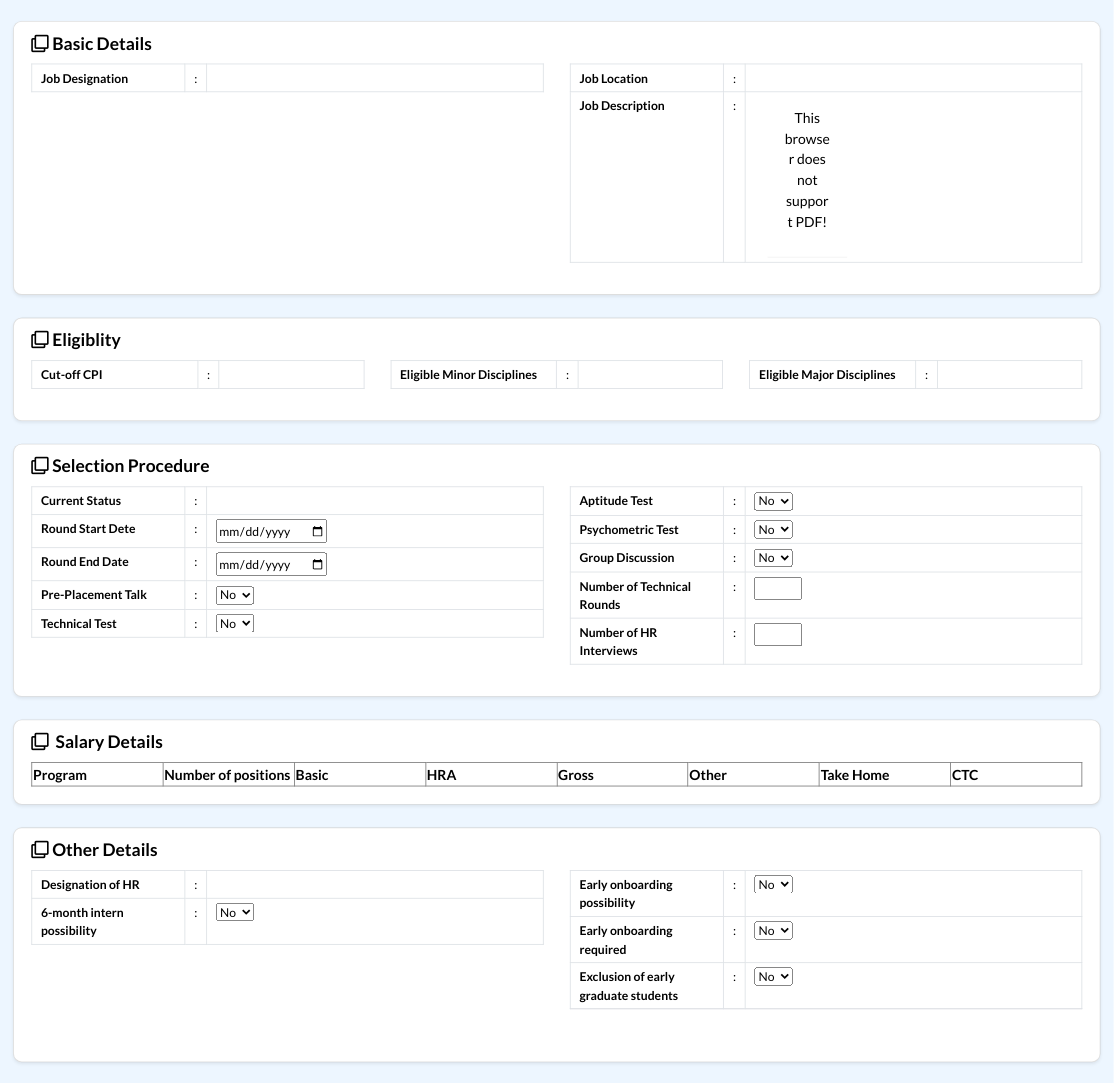
Repository: AditiDey29/Placement_Management_System
Page: templates/dashboard/one_job_detail_1.html
An editor plug-in stored every save of this project. The page is shown before and after a run of saves, followed by the edit.
The browser window is 1280 px wide. The pictures show the whole page, at 87% of full size.
Some web libraries are served in a nearby version. The template is drawn by Flask 3. The application's start-up code is not run. Other server files are loaded and not shown. The template is opened directly, without the code that normally fills it, so the values that code supplies are empty.

Above is the page before, as saved 2023-04-15 17:47:11.

### templates/dashboard/one_job_detail_1.html
<!DOCTYPE html>
<html lang="en">

<head>
  <meta charset="UTF-8">
  <meta name="viewport" content="width=device-width, initial-scale=1.0">
  <meta http-equiv="X-UA-Compatible" content="ie=edge">
  <!-- Google Fonts -->
  <link href="https://fonts.googleapis.com/css?family=Lato:300,400,700,900&display=swap" rel="stylesheet">
  <!-- Bootstrap CSS -->
  <link rel='stylesheet' href='https://cdnjs.cloudflare.com/ajax/libs/twitter-bootstrap/4.1.3/css/bootstrap.min.css'>
  <!-- Font Awesome CSS -->
  <link rel='stylesheet' href='https://cdnjs.cloudflare.com/ajax/libs/font-awesome/5.12.1/css/all.min.css'>
  <title>Job Details</title>

  <style>
    body {
      background: #EDF6FF;
      /* fallback for old browsers */
      background: -webkit-linear-gradient(to right, #EDF6FF, #EDF6FF);
      /* Chrome 10-25, Safari 5.1-6 */
      background: linear-gradient(to right, #EDF6FF, #EDF6FF);
      /* W3C, IE 10+/ Edge, Firefox 16+, Chrome 26+, Opera 12+, Safari 7+ */
      padding: 0;
      margin: 0;
      font-family: 'Lato', sans-serif;
      color: #000;

    }

    .student-profile .card {
      border-radius: 10px;
    }

    .student-profile .card .card-header .profile_img {
      width: 150px;
      height: 150px;
      object-fit: cover;
      margin: 10px auto;
      border: 10px solid #ccc;
      border-radius: 50%;
    }

    .student-profile .card h3 {
      font-size: 20px;
      font-weight: 700;
    }

    .student-profile .card p {
      font-size: 16px;
      color: #000;
    }

    .student-profile .table th,
    .student-profile .table td {
      font-size: 14px;
      padding: 5px 10px;
      color: #000;
    }
  </style>
</head>

<body>
  <!-- START HERE -->

  <div class="student-profile py-4">
    <div class="container-fluid">
      <div class="row">

        <div class="col-lg-12">
          <div class="card shadow-sm">
            <div class="card-header bg-transparent border-0">
              <h3 class="mb-0"><i class="far fa-clone pr-1"></i>Basic Details</h3>
            </div>
            <div class="card-body person_details pt-0">
              <div class="row">
                <div class="col-lg-6">
                  <table class="table table-bordered">
                    <tr>
                      <th width="30%">Job Designation</th>
                      <td width="2%">:</td>
                      <td class="text-muted mb-0">{{job[1]}}</td>
                    </tr>


                  </table>
                </div>
                <div class="col-lg-6">
                  <table class="table table-bordered">
                    <tr>
                      <th width="30%">Job Location</th>
                      <td width="2%">:</td>
                      <td class="text-muted mb-0">{{job[3]}}</td>
                    </tr>
                    <tr>
                      <th width="30%">Job Description</th>
                      <td width="2%">:</td>
                      <td class="text-muted mb-0">
                        <div class="col-lg-4">
                          <!-- <div class="card shadow-sm"> -->
                              <div class="card-header bg-transparent text-center">
                                  <object
                                  data='data:application/pdf;base64, {{jd}}'
                                  type="application/pdf"
                                  width="400"
                                  height="400"
                                >


                                  <p>This browser does not support PDF!</p>
                                  </iframe>
                                </object>
                              </div>
                          <!-- </div> -->
                        </div>
                      </td>
                    </tr>

                  </table>
                </div>
              </div>
            </div>
          </div>

          <div style="height: 26px"></div>
          <div class="card shadow-sm">
            <div class="card-header bg-transparent border-0">
              <h3 class="mb-0"><i class="far fa-clone pr-1"></i>Eligiblity</h3>
            </div>
            <div class="card-body ed_details pt-0">
              <div class="row">
                <div class="col-lg-4">
                  <table class="table table-bordered">
                    <tr>
                      <th width="50%">Cut-off CPI</th>
                      <td width="2%">:</td>
                      <td class="text-muted mb-0">{{job[4]}}</td>
                    </tr>
                  </table>
                </div>
                <div class="col-lg-4">
                  <table class="table table-bordered">
                    <tr>
                      <th width="50%">Eligible Minor Disciplines</th>
                      <td width="2%">:</td>
                      <td class="text-muted mb-0">{{job[15]}}</td>
                    </tr>
                  </table>
                </div>
                <div class="col-lg-4">
                  <table class="table table-bordered">
                    <tr>
                      <th width="50%">Eligible Major Disciplines</th>
                      <td width="2%">:</td>
                      <td class="text-muted mb-0">{{job[17]}}</td>
                    </tr>
                  </table>
                </div>
              </div>
            </div>
          </div>

          <div style="height: 26px"></div>
          <div class="card shadow-sm">
            <div class="card-header bg-transparent border-0">
              <h3 class="mb-0"><i class="far fa-clone pr-1"></i>Selection Procedure</h3>
            </div>
            <div class="card-body person_details pt-0">
              <div class="row">
                <div class="col-lg-6">
                  <table class="table table-bordered">
                    <tr>
                      <th width="30%">Current Status</th>
                      <td width="2%">:</td>
                      <td class="text-muted mb-0">{{job[1]}}</td>
                    </tr>
                    <tr>
                      <th width="30%">Round Start Dete</th>
                      <td width="2%">:</td>
                      <td class="text-muted mb-0"><input type="date" id="intern-date" name="intern-date">
                      </td>
                    </tr>
                    <tr>
                      <th width="30%">Round End Date</th>
                      <td width="2%">:</td>
                      <td class="text-muted mb-0"><input type="date" id="intern-date" name="intern-date">
                      </td>
                    </tr>
                    <tr>
                      <th width="30%">Pre-Placement Talk</th>
                      <td width="2%">:</td>
                      <td class="text-muted mb-0"><select name="internship_possibility">
                        <option value="yes">Yes</option>
                        <option value="no" selected>No</option>
                      </select>
                    </td>
                    </tr>
                    <tr>
                      <th width="30%">Technical Test</th>
                      <td width="2%">:</td>
                      <td class="text-muted mb-0"><select name="internship_possibility">
                        <option value="yes">Yes</option>
                        <option value="no" selected>No</option>
                      </select>
                    </td>
                    </tr>
                  </table>

                </div>
                <div class="col-lg-6">
                  <table class="table table-bordered">
                    <tr>
                      <th width="30%">Aptitude Test</th>
                      <td width="2%">:</td>
                      <td class="text-muted mb-0"><select name="internship_possibility">
                        <option value="yes">Yes</option>
                        <option value="no" selected>No</option>
                      </select>
                    </td>
                    </tr>
                    <tr>
                      <th width="30%">Psychometric Test</th>
                      <td width="2%">:</td>
                      <td class="text-muted mb-0"><select name="internship_possibility">
                        <option value="yes">Yes</option>
                        <option value="no" selected>No</option>
                      </select>
                    </td>
                    </tr>
                    <tr>
                      <th width="30%">Group Discussion</th>
                      <td width="2%">:</td>
                      <td class="text-muted mb-0"><select name="internship_possibility">
                        <option value="yes">Yes</option>
                        <option value="no" selected>No</option>
                      </select>
                    </td>
                    </tr>
                    <tr>
                      <th width="30%">Number of Technical Rounds</th>
                      <td width="2%">:</td>
                      <td class="text-muted mb-0"><input type="number" name="Number" min="0" max="100" step="1" value="Number"></td>
                    </tr>
                    <tr>
                      <th width="30%">Number of HR Interviews</th>
                      <td width="2%">:</td>
                      <td class="text-muted mb-0"><input type="number" name="Number" min="0" max="100" step="1" value="Number"></td>
                    </tr>
                  </table>
                </div>
              </div>
            </div>
          </div>


          <div style="height: 26px"></div>
          <div class="card shadow-sm">
            <div class="card-header bg-transparent border-0">
              <h3 class="mb-0"><i class="far fa-clone pr-1"></i> Salary Details</h3>
            </div>
            <div class="card-body ed_details pt-0">
              <div class="row">
                <div class="col-lg-12">
                  <table border="1" width="100%" style="table-layout: fixed;">
                    <tr>
                      <th>Program</th>
                      <th>Number of positions</th>
                      <th>Basic</th>
                      <th>HRA</th>
                      <th>Gross</th>
                      <th>Other</th>
                      <th>Take Home</th>
                      <th>CTC</th>

                    </tr>
                    {% for detail in details %}
                    <tr>
                      <td>{{detail[8]}}</td>
                      <td>{{detail[1]}}</td>
                      <td>{{detail[2]}}</td>
                      <td>{{detail[3]}}</td>
                      <td>{{detail[4]}}</td>
                      <td>{{detail[5]}}</td>
                      <td>{{detail[6]}}</td>
                      <td>{{detail[7]}}</td>
                    </tr>
                    {% endfor %}
                  </table>
                </div>
              </div>
            </div>
          </div>
        </div>
      </div>

      <div style="height: 26px"></div>
      <div class="card shadow-sm">
        <div class="card-header bg-transparent border-0">
          <h3 class="mb-0"><i class="far fa-clone pr-1"></i>Other Details</h3>
        </div>
        <div class="card-body person_details pt-0">
          <div class="row">
            <div class="col-lg-6">
              <table class="table table-bordered">
                <tr>
                  <th width="30%">Designation of HR</HR>
                  </th>
                  <td width="2%">:</td>
                  <td class="text-muted mb-0">{{job[1]}}</td>
                </tr>

                <tr>
                  <th width="30%">6-month intern possibility</th>
                  <td width="2%">:</td>
                  <td class="text-muted mb-0"><select name="internship_possibility">
                    <option value="yes">Yes</option>
                    <option value="no" selected>No</option>
                  </select>
                </td>
                </tr>

              </table>
            </div>
            <div class="col-lg-6">
              <table class="table table-bordered">
                <tr>
                  <th width="30%">Early onboarding possibility</th>
                  <td width="2%">:</td>
                  <td class="text-muted mb-0"><select name="internship_possibility">
                    <option value="yes">Yes</option>
                    <option value="no" selected>No</option>
                  </select>
                </td>
                </tr>
                <tr>
                  <th width="30%">Early onboarding required</th>
                  <td width="2%">:</td>
                  <td class="text-muted mb-0"><select name="internship_possibility">
                    <option value="yes">Yes</option>
                    <option value="no" selected>No</option>
                  </select>
                </td>
                </tr>
                <tr>
                  <th width="30%">Exclusion of early graduate students</th>
                  <td width="2%">:</td>
                  <td class="text-muted mb-0"><select name="internship_possibility">
                    <option value="yes">Yes</option>
                    <option value="no" selected>No</option>
                  </select>
                </td>
                </tr>
                <tr>
              </table>

              <br>
              {%if (apply)%}
              <form method="POST">
                  <button class="btn btn-lg" type="submit">Apply</button>
              </form>
              {% endif %}
            </div>
          </div>
        </div>
      </div>


    </div>
  </div>





  <script src="http://code.jquery.com/jquery-3.3.1.min.js"
    integrity="sha256-FgpCb/KJQlLNfOu91ta32o/NMZxltwRo8QtmkMRdAu8=" crossorigin="anonymous"></script>
  <script src="https://cdnjs.cloudflare.com/ajax/libs/popper.js/1.14.3/umd/popper.min.js"
    integrity="sha384-ZMP7rVo3mIykV+2+9J3UJ46jBk0WLaUAdn689aCwoqbBJiSnjAK/l8WvCWPIPm49"
    crossorigin="anonymous"></script>
  <script src="https://stackpath.bootstrapcdn.com/bootstrap/4.1.1/js/bootstrap.min.js"
    integrity="sha384-smHYKdLADwkXOn1EmN1qk/HfnUcbVRZyYmZ4qpPea6sjB/pTJ0euyQp0Mk8ck+5T"
    crossorigin="anonymous"></script>
</body>

</html>

After the next 2 saves:
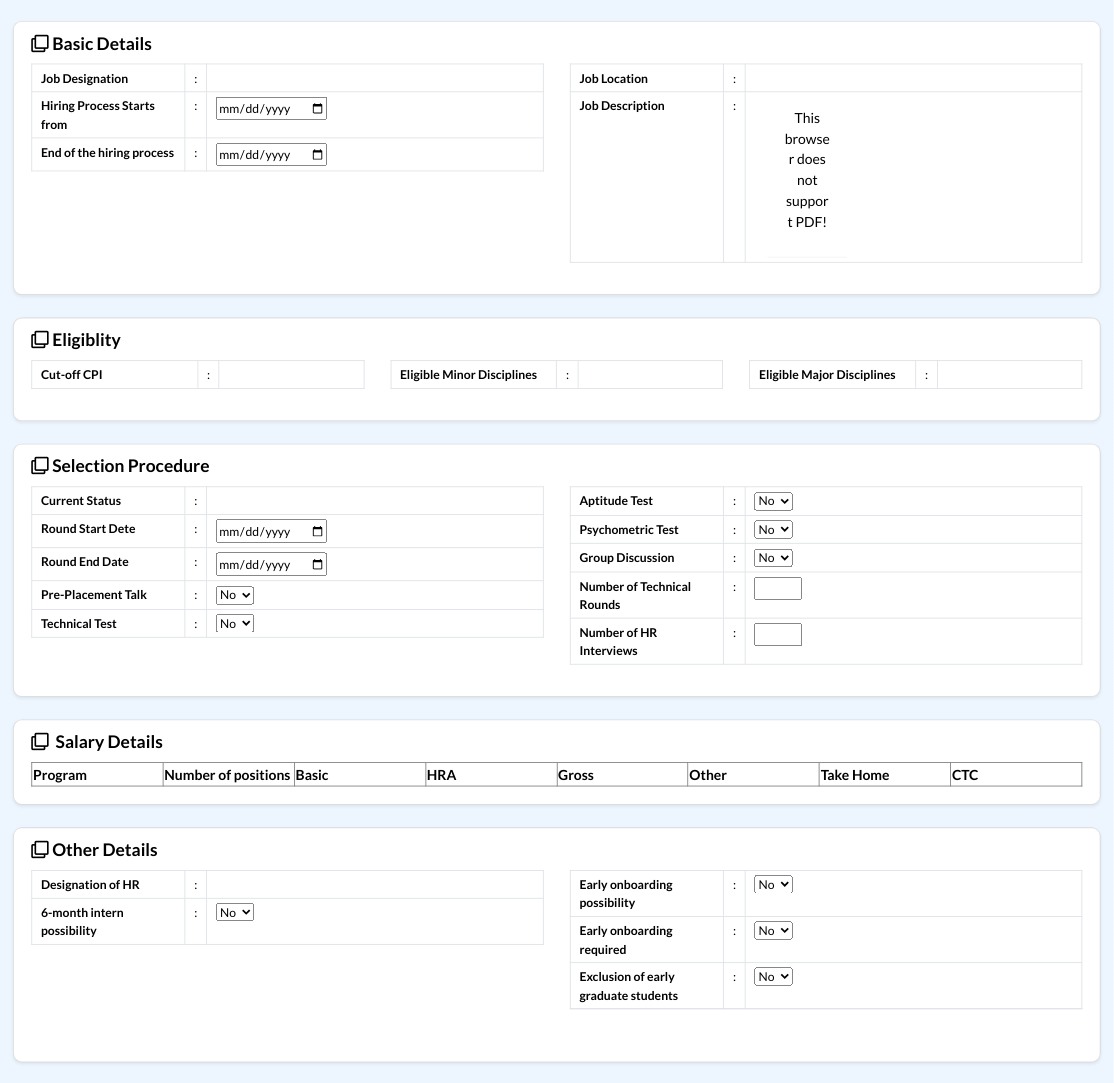
The 2 saves are shown as one change because they came seconds apart.
The last was saved 12 s later.
--- a/templates/dashboard/one_job_detail_1.html
+++ b/templates/dashboard/one_job_detail_1.html
@@ -81,6 +81,18 @@
                       <td width="2%">:</td>
                       <td class="text-muted mb-0">{{job[1]}}</td>
                     </tr>
+                    <tr>
+                      <th width="30%">Hiring Process Starts from</th>
+                      <td width="2%">:</td>
+                      <td class="text-muted mb-0"><input type="date" id="intern-date" name="intern-date">
+                      </td>
+                    </tr>
+                    <tr>
+                      <th width="30%">End of the hiring process</th>
+                      <td width="2%">:</td>
+                      <td class="text-muted mb-0"><input type="date" id="intern-date" name="intern-date">
+                      </td>
+                    </tr>
 
 
                   </table>
